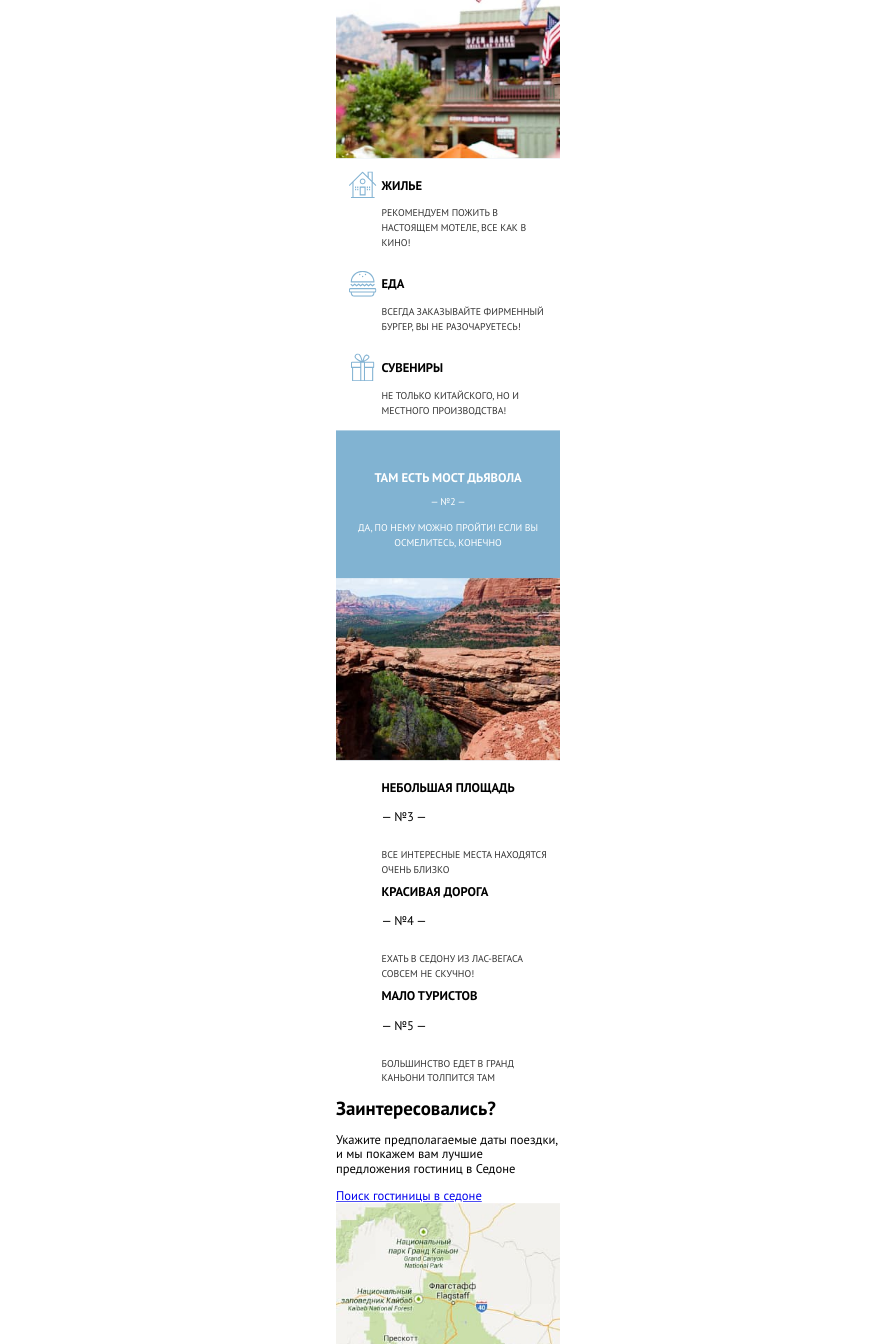
Repository: iKrekus/2149661-sedona-27
Page: source/index.html
These files come from the project's save history. The page is drawn as it stood at one moment and after a run of saves; the edit follows.
The browser window is 1280 px wide. The pictures show the part of the page from y = 877 to 2797 px (the page is 3067 px tall before and 2998 px after), at 70% of full size.
The style sheet was rebuilt from its Sass, Less or Tailwind sources for each picture, by a compiler version that may differ from the author's.

Above is the page before, as saved 2022-12-05 12:22:46.

After the next 4 saves:
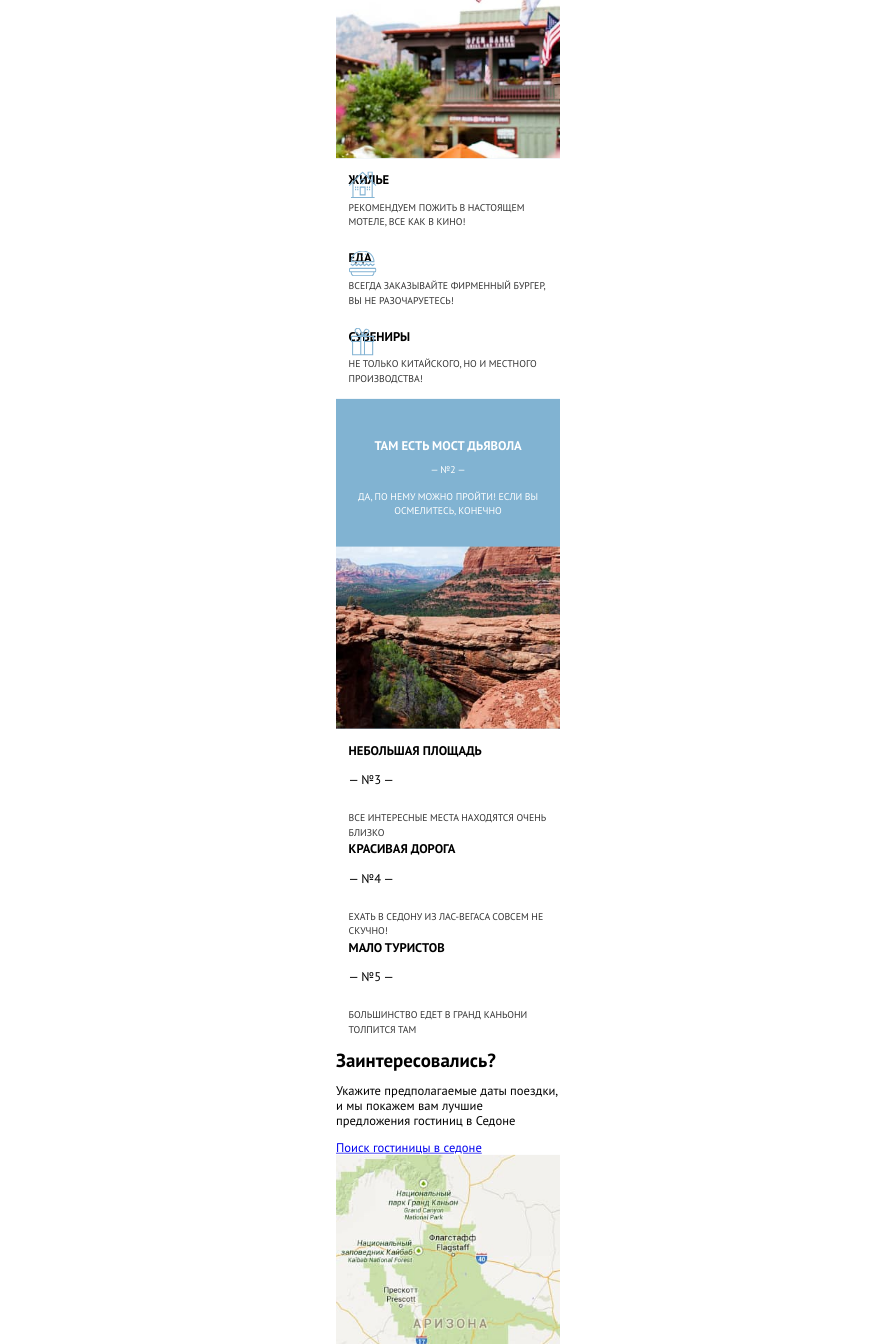
The 4 saves are shown as one change because 3 did not build or start.
The last was saved 4 min 7 s later.
--- a/source/index.html
+++ b/source/index.html
@@ -64,7 +64,7 @@
     </section>
     <section class="advantages">
       <ul class="advantages__list advantages__list--pictured">
-        <li class="advantages__item advantages__item--icon-housing">
+        <li class="advantages__item advantages__item--pictured advantages__item--icon-housing">
           <h3 class="advantages__title">
             Жилье
           </h3>
@@ -72,7 +72,7 @@
             Рекомендуем пожить в настоящем мотеле, все как в кино!
           </p>
         </li>
-        <li class="advantages__item advantages__item--icon-food">
+        <li class="advantages__item advantages__item--pictured advantages__item--icon-food">
           <h3 class="advantages__title">
             ЕДА
           </h3>
@@ -80,7 +80,7 @@
             Всегда заказывайте ФИРМЕННЫЙ БУРГЕР, Вы НЕ разочаруетесь!
           </p>
         </li>
-        <li class="advantages__item advantages__item--icon-souvenir">
+        <li class="advantages__item advantages__item--pictured advantages__item--icon-souvenir">
           <h3 class="advantages__title">
             СУВЕНИРЫ
           </h3>
--- a/source/sass/blocks/body/advantages.scss
+++ b/source/sass/blocks/body/advantages.scss
@@ -18,8 +18,10 @@
 
 .advantages__item {
   position: relative;
-  padding-left: 47px;
-  padding-top: 8px;
+
+  &--pictured {
+
+  }
 
   &--icon-housing::before {
     @include mixin.advantages-icon-mob;
